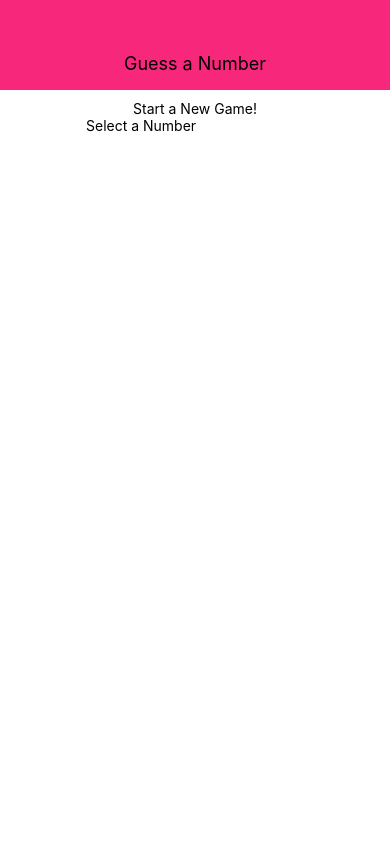
Repository: ChidiChuks/rn-second-project
Screen: / (app in second-project/)
An editor plug-in stored every save of this project. The screen is shown before and after the next save, followed by the edit.
The app was drawn by React Native's web renderer in a window 390 px wide. The project was rebuilt for these pictures with package versions that can differ from the ones it lists, and the page was loaded fresh each time.

Above is the screen before, as saved 2019-10-23 13:04:47.

After the next save:
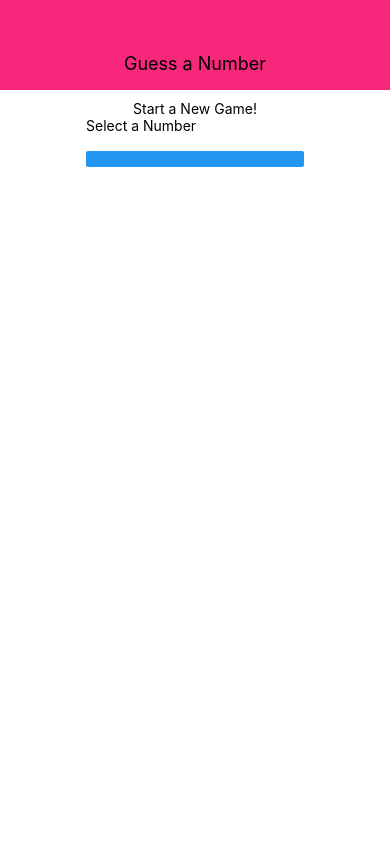
Saved 57 s later.
--- a/second-project/screens/StartGameScreen.js
+++ b/second-project/screens/StartGameScreen.js
@@ -1,5 +1,5 @@
 import React from 'react';
-import { View, Text, StyleSheet, TextInput } from 'react-native';
+import { View, Text, StyleSheet, TextInput, Button } from 'react-native';
 
 const StartGameScreen = props => {
   return (
@@ -8,7 +8,9 @@ const StartGameScreen = props => {
       <View>
         <Text>Select a Number</Text>
         <TextInput />
-        <View></View>
+        <View>
+          <Button />
+        </View>
       </View>
     </View>
   );
